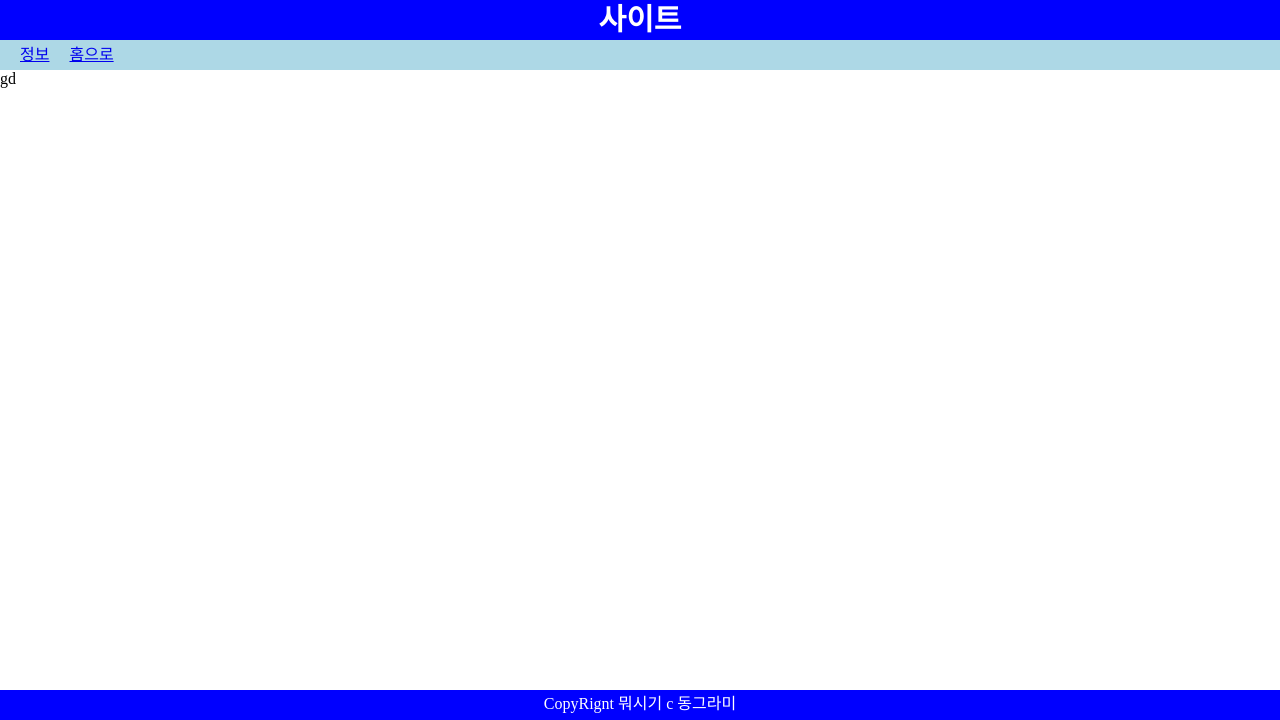
Repository: ImGaram/til
Page: http://localhost/practice/soqn/index.jsp
The author's editor kept a copy of each file at every save. The page is drawn from the files as they stood at one save, then again after the next save.
The browser window is 1280 px wide. The pictures show the whole page.
The page is served by Tomcat 9. Other server files are loaded and not shown.

Above is the page before, as saved 2022-06-28 11:36:26.

### 2학년 jsp(화면구현)/practice/src/main/webapp/soqn/index.jsp
<%@ page language="java" contentType="text/html; charset=UTF-8"
    pageEncoding="UTF-8"%>
<!DOCTYPE html>
<html>
<head>
<meta charset="UTF-8">
<title>Insert title here</title>
</head>
<body>
<jsp:include page="header.jsp"></jsp:include>
<jsp:include page="footer.jsp"></jsp:include>
<section style="position:fixed; top:70px; left:0; width:100%; height:100%;">
gd
</section>
</body>
</html>

### 2학년 jsp(화면구현)/practice/src/main/webapp/soqn/header.jsp
<%@ page language="java" contentType="text/html; charset=UTF-8"
    pageEncoding="UTF-8"%>
<!DOCTYPE html>
<html>
<head>
<meta charset="UTF-8">
<title>header</title>
</head>
<body>
<header style="position:fixed; top:0; left:0; width:100%; height:40px; line-height: 40px; background-color:blue;
 color: white; text-align:center; font-size:30px">
<b>사이트</b>
</header>
<nav style="position:fixed;top:40px;left:0;width:100%;height:30px; background-color:lightblue; padding-left:20px; line-height:30px;">
<a href="list.jsp">정보</a> &nbsp; &nbsp;
<a href="index.jsp">홈으로</a>
</nav>
</body>
</html>

### 2학년 jsp(화면구현)/practice/src/main/webapp/soqn/footer.jsp
<%@ page language="java" contentType="text/html; charset=UTF-8"
    pageEncoding="UTF-8"%>
<!DOCTYPE html>
<html>
<head>
<meta charset="UTF-8">
<title>footer</title>
</head>
<body>
<footer style="width:100%; height: 30px; background-color:blue; bottom:0; left:0; position:fixed; color:white; text-align:center;">
CopyRignt 뭐시기 c 동그라미
</footer>
</body>
</html>

After the next save:
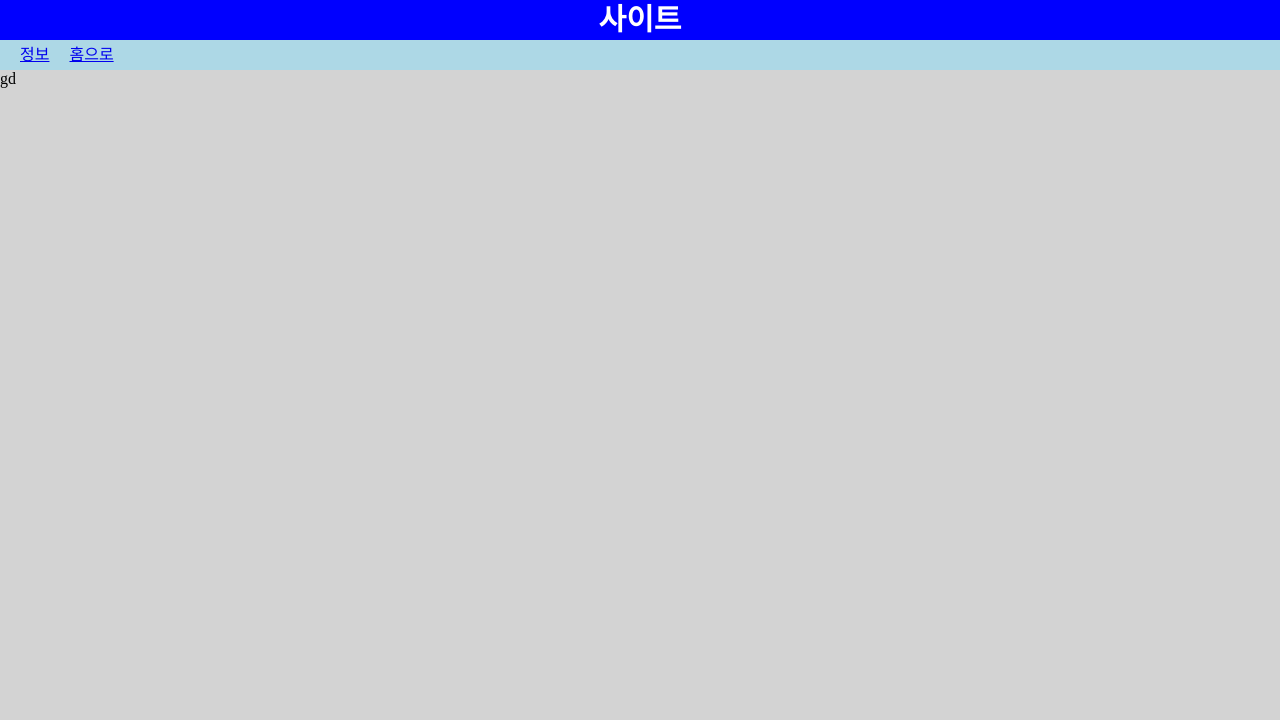
Saved 18 s later.
--- a/2학년 jsp(화면구현)/practice/src/main/webapp/soqn/index.jsp
+++ b/2학년 jsp(화면구현)/practice/src/main/webapp/soqn/index.jsp
@@ -9,7 +9,7 @@
 <body>
 <jsp:include page="header.jsp"></jsp:include>
 <jsp:include page="footer.jsp"></jsp:include>
-<section style="position:fixed; top:70px; left:0; width:100%; height:100%;">
+<section style="position:fixed; top:70px; left:0; width:100%; height:100%; background:lightgray">
 gd
 </section>
 </body>
